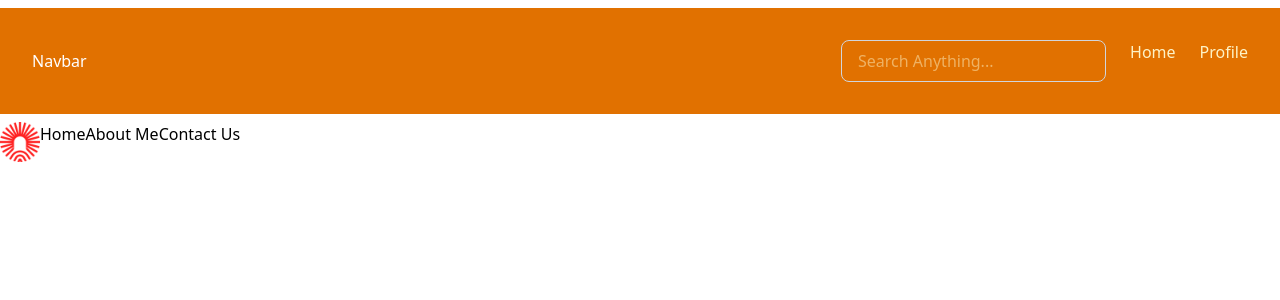
Repository: samit2059/CollegeReact
Page: / (app in react/collegereact/)
An editor plug-in stored every save of this project. The page is shown before and after a run of saves, followed by the edit.
The browser window is 1280 px wide. The pictures show the whole page.
The project was rebuilt for these pictures with package versions that can differ from the ones it lists, and the page was loaded fresh each time. Also part of the build but not shown: react/collegereact/vite.config.js, react/collegereact/src/App.jsx, react/collegereact/src/navbar.jsx, react/collegereact/src/Props Example/First.jsx, react/collegereact/src/StateExamples/profile.jsx, react/collegereact/src/Props Example/Second.jsx.

Above is the page before, as saved 2026-01-24 21:58:21.

After the next 3 saves:
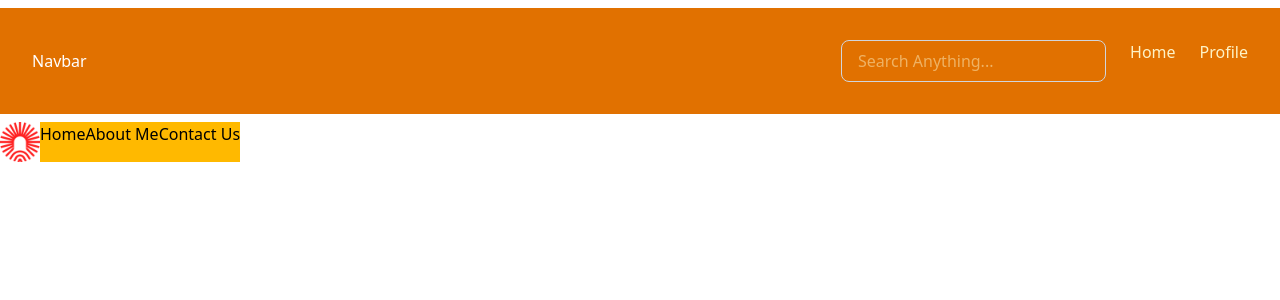
The 3 saves are shown as one change because they came seconds apart.
The last was saved 13 s later.
--- a/react/collegereact/src/day4/header.jsx
+++ b/react/collegereact/src/day4/header.jsx
@@ -7,7 +7,7 @@ const Header = () => {
         <div>
             <img src={Logo} alt="nothing" width={40} height={40}/>
         </div>
-        <div className='flex justify-around'>
+        <div className='flex justify-center bg-amber-400'>
             <nav>
             <a href="#">Home</a>
             <a href="/a">About Me</a>
